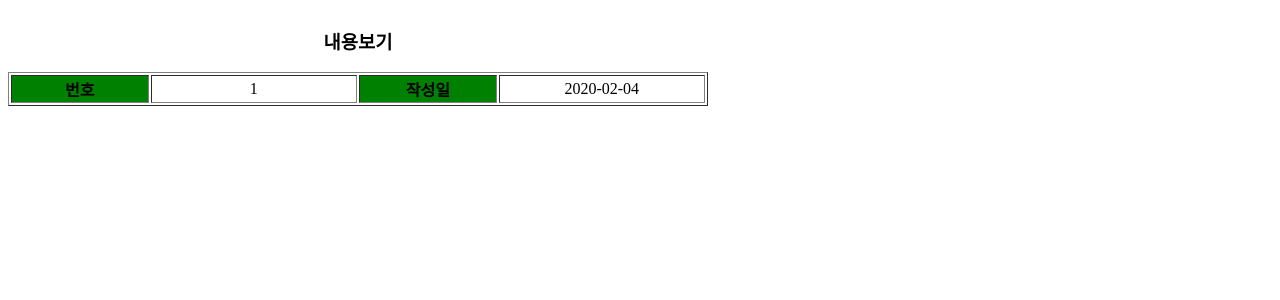
Repository: Rummikub/DBStudy
Page: HTMLProject2/WebContent/HTML/table2.html
These files come from the project's save history. The page is drawn as it stood at one moment and after the next save; the edit follows.
The browser window is 1280 px wide. The pictures show the whole page.

Above is the page before, as saved 2020-02-04 08:30:27.

After the next save:
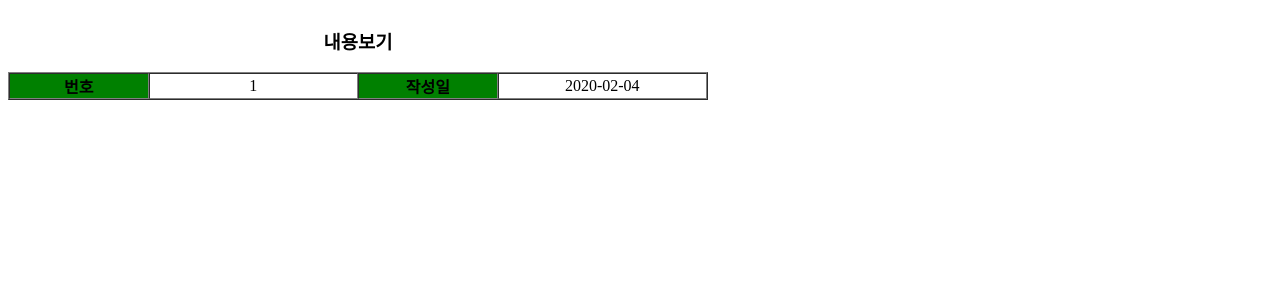
Saved 30 s later.
--- a/HTMLProject2/WebContent/HTML/table2.html
+++ b/HTMLProject2/WebContent/HTML/table2.html
@@ -5,7 +5,7 @@
 <title>Insert title here</title>
 </head>
 <body>
-	<table width=700 border=1>
+	<table width=700 border="1" cellpadding=0 cellspacing=0>
 		<caption><h3>내용보기</h3></caption>
 		<tr>
 			<th width=20% bgcolor="green">번호</th>
